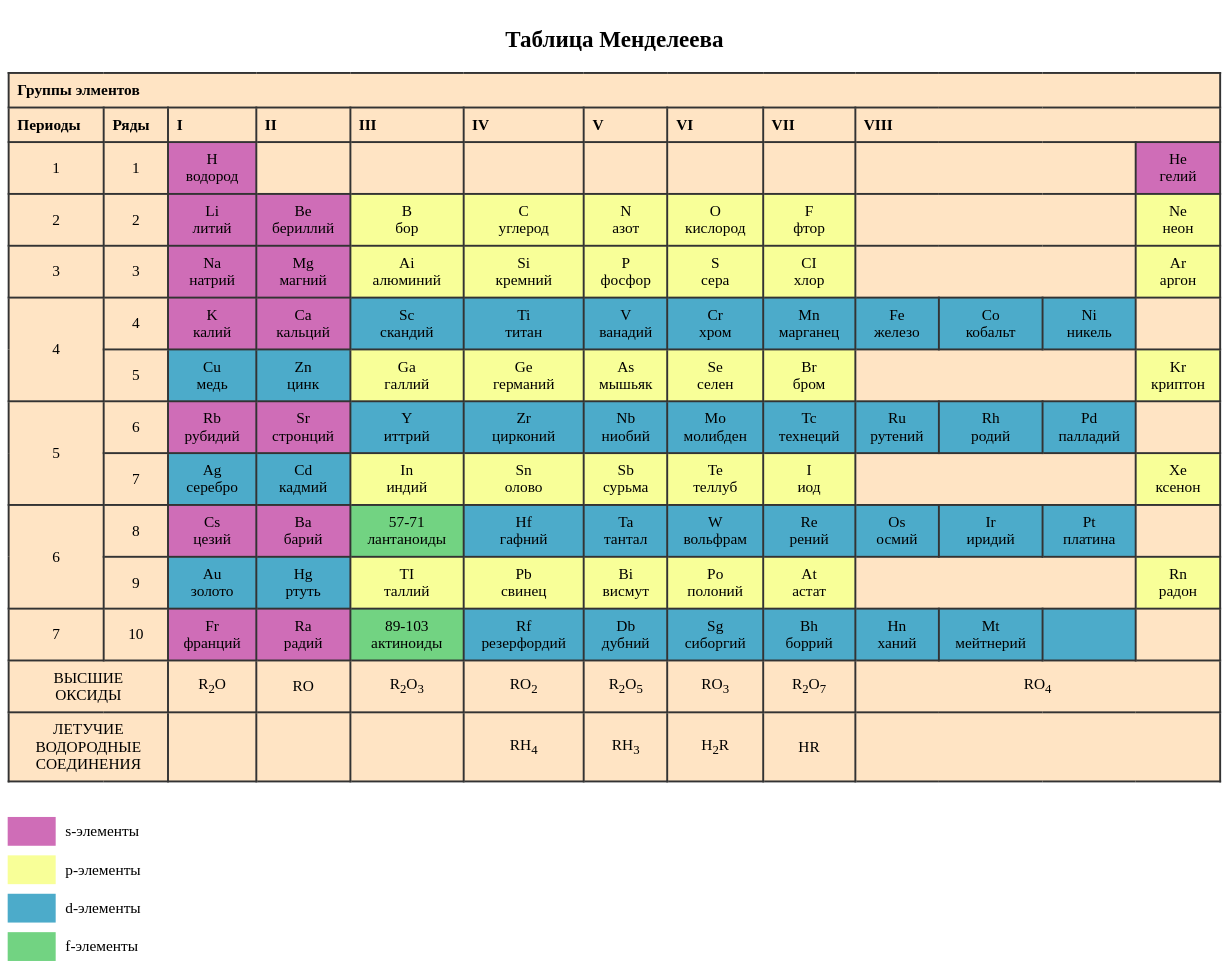
Repository: sannikovcode/exercises-a1
Page: JS/websites/01-periodic table/index.html
These files come from the project's save history. The page is drawn as it stood at one moment and after the next save; the edit follows.
The browser window is 1280 px wide. The pictures show the whole page, at 96% of full size.

Above is the page before, as saved 2025-10-18 15:46:01.

### JS/websites/01-periodic table/index.html
<!DOCTYPE html>
<html lang="en">

<head>
    <meta charset="UTF-8">
    <meta name="viewport" content="width=device-width, initial-scale=1.0">
    <title>Periodic table</title>
    <link rel="stylesheet" href="styles.css">
</head>

<body>
    <table>
        <caption>Таблица Менделеева</caption>
        <thead>
            <tr>
                <th colspan="13">Группы элментов</th>
            </tr>
        </thead>

        <tbody>
            <tr>
                <th scope="col">Периоды</th>
                <th scope="col">Ряды</th>
                <th scope="col">I</th>
                <th scope="col">II</th>
                <th scope="col">III</th>
                <th scope="col">IV</th>
                <th scope="col">V</th>
                <th scope="col">VI</th>
                <th scope="col">VII</th>
                <th scope="col" colspan="4">VIII</th>
            </tr>
            <tr>
                <td scope="row">1</td>
                <td>1</td>
                <td class="s">H<br>водород</td>
                <td></td>
                <td></td>
                <td></td>
                <td></td>
                <td></td>
                <td></td>
                <td colspan="3"></td>
                <td class="s">He<br>гелий</td>
            </tr>
            <tr>
                <td scope="row">2</td>
                <td>2</td>
                <td class="s">Li<br>литий</td>
                <td class="s">Be<br>бериллий</td>
                <td class="p">B<br>бор</td>
                <td class="p">C<br>углерод</td>
                <td class="p">N<br>азот</td>
                <td class="p">O<br>кислород</td>
                <td class="p">F<br>фтор</td>
                <td colspan="3"></td>
                <td class="p">Ne<br>неон</td>
            </tr>
            <tr>
                <td scope="row">3</td>
                <td>3</td>
                <td class="s">Na<br>натрий</td>
                <td class="s">Mg<br>магний</td>
                <td class="p">Ai<br>алюминий</td>
                <td class="p">Si<br>кремний</td>
                <td class="p">P<br>фосфор</td>
                <td class="p">S<br>сера</td>
                <td class="p">CI<br>хлор</td>
                <td colspan="3"></td>
                <td class="p">Ar<br>аргон</td>
            </tr>
            <tr>
                <td scope="row" rowspan="2">4</td>
                <td>4</td>
                <td class="s">K<br>калий</td>
                <td class="s">Ca<br>кальций</td>
                <td class="d">Sc<br>скандий</td>
                <td class="d">Ti<br>титан</td>
                <td class="d">V<br>ванадий</td>
                <td class="d">Cr<br>хром</td>
                <td class="d">Mn<br>марганец</td>
                <td class="d">Fe<br>железо</td>
                <td class="d">Co<br>кобальт</td>
                <td class="d">Ni<br>никель</td>
                <td></td>
            </tr>
            <tr>
                <td>5</td>
                <td class="d">Cu<br>медь</td>
                <td class="d">Zn<br>цинк</td>
                <td class="p">Ga<br>галлий</td>
                <td class="p">Ge<br>германий</td>
                <td class="p">As<br>мышьяк</td>
                <td class="p">Se<br>селен</td>
                <td class="p">Br<br>бром</td>
                <td colspan="3"></td>
                <td class="p">Kr<br>криптон</td>
            </tr>
            <tr>
                <td scope="row" rowspan="2">5</td>
                <td>6</td>
                <td class="s">Rb<br>рубидий</td>
                <td class="s">Sr<br>стронций</td>
                <td class="d">Y<br>иттрий</td>
                <td class="d">Zr<br>цирконий</td>
                <td class="d">Nb<br>ниобий</td>
                <td class="d">Mo<br>молибден</td>
                <td class="d">Tc<br>технеций</td>
                <td class="d">Ru<br>рутений</td>
                <td class="d">Rh<br>родий</td>
                <td class="d">Pd<br>палладий</td>
                <td></td>
            </tr>
            <tr>
                <td>7</td>
                <td class="d">Ag<br>серебро</td>
                <td class="d">Cd<br>кадмий</td>
                <td class="p">In<br>индий</td>
                <td class="p">Sn<br>олово</td>
                <td class="p">Sb<br>сурьма</td>
                <td class="p">Te<br>теллуб</td>
                <td class="p">I<br>иод</td>
                <td colspan="3"></td>
                <td class="p">Xe<br>ксенон</td>
            </tr>
            <tr>
                <td scope="row" rowspan="2">6</td>
                <td>8</td>
                <td class="s">Cs<br>цезий</td>
                <td class="s">Ba<br>барий</td>
                <td class="f">57-71<br>лантаноиды</td>
                <td class="d">Hf<br>гафний</td>
                <td class="d">Ta<br>тантал</td>
                <td class="d">W<br>вольфрам</td>
                <td class="d">Re<br>рений</td>
                <td class="d">Os<br>осмий</td>
                <td class="d">Ir<br>иридий</td>
                <td class="d">Pt<br>платина</td>
                <td></td>
            </tr>
            <tr>
                <td>9</td>
                <td class="d">Au<br>золото</td>
                <td class="d">Hg<br>ртуть</td>
                <td class="p">TI<br>таллий</td>
                <td class="p">Pb<br>свинец</td>
                <td class="p">Bi<br>висмут</td>
                <td class="p">Po<br>полоний</td>
                <td class="p">At<br>астат</td>
                <td colspan="3"></td>
                <td class="p">Rn<br>радон</td>
            </tr>
            <tr>
                <td scope="row">7</td>
                <td>10<br></td>
                <td class="s">Fr<br>франций</td>
                <td class="s">Ra<br>радий</td>
                <td class="f">89-103<br>актиноиды</td>
                <td class="d">Rf<br>резерфордий</td>
                <td class="d">Db<br>дубний</td>
                <td class="d">Sg<br>сиборгий</td>
                <td class="d">Bh<br>боррий</td>
                <td class="d">Hn<br>ханий</td>
                <td class="d">Mt<br>мейтнерий</td>
                <td class="d"></td>
                <td></td>
            </tr>
            <tr>
                <td colspan="2">ВЫСШИЕ <br>ОКСИДЫ</td>
                <td>R<sub>2</sub>O</td>
                <td>RO</td>
                <td>R<sub>2</sub>O<sub>3</sub></td>
                <td>RO<sub>2</sub></td>
                <td>R<sub>2</sub>O<sub>5</sub></td>
                <td>RO<sub>3</sub></td>
                <td>R<sub>2</sub>O<sub>7</sub></td>
                <td colspan="4">RO<sub>4</sub></td>
            </tr>
            <tr>
                <td colspan="2">ЛЕТУЧИЕ <br>ВОДОРОДНЫЕ <br> СОЕДИНЕНИЯ</td>
                <td></td>
                <td></td>
                <td></td>
                <td>RH<sub>4</sub></td>
                <td>RH<sub>3</sub></td>
                <td>H<sub>2</sub>R</td>
                <td>HR</td>
                <td colspan="4"></td>
            </tr>
        </tbody>
    </table>
    <br>
    <br>
    <tfoot>
        <div class="item">
            <div class="rectangle s"></div>
            <span>s-элементы</span>
        </div>

        <div class="item">
            <div class="rectangle p"></div>
            <span>p-элементы</span>
        </div>

        <div class="item">
            <div class="rectangle d"></div>
            <span>d-элементы</span>
        </div>

        <div class="item">
            <div class="rectangle f"></div>
            <span>f-элементы</span>
        </div>

    </tfoot>

    </table>




</body>

</html>

### JS/websites/01-periodic table/styles.css
/* 1 */
table {
  border-collapse: collapse;
  width: 100%;
}

table, th, td {
  border: 2px solid #333;
}

th, td {
  padding: 8px;
  text-align: left;
  background-color: bisque;
}
caption {
  caption-side: top;
  font-weight: bold;
  padding: 20px;
  font-size: 1.5em;
}

/*2*/
td {
  text-align: center; /* горизонтальное центрирование */
  vertical-align: middle; /* вертикальное центрирование */
}
/* элементы */
.s {
  background-color: rgb(207, 109, 183);
}

.p {
  background-color: rgb(248, 255, 152);
}

.d {
  background-color: rgb(76, 171, 202);
}

.f {
  background-color: rgb(114, 211, 130);
}


.item {
    display: flex;
    align-items: center;
    margin-bottom: 10px;
}
  .rectangle {
    width: 50px;
    height: 30px;
    margin-right: 10px;
}

After the next save:
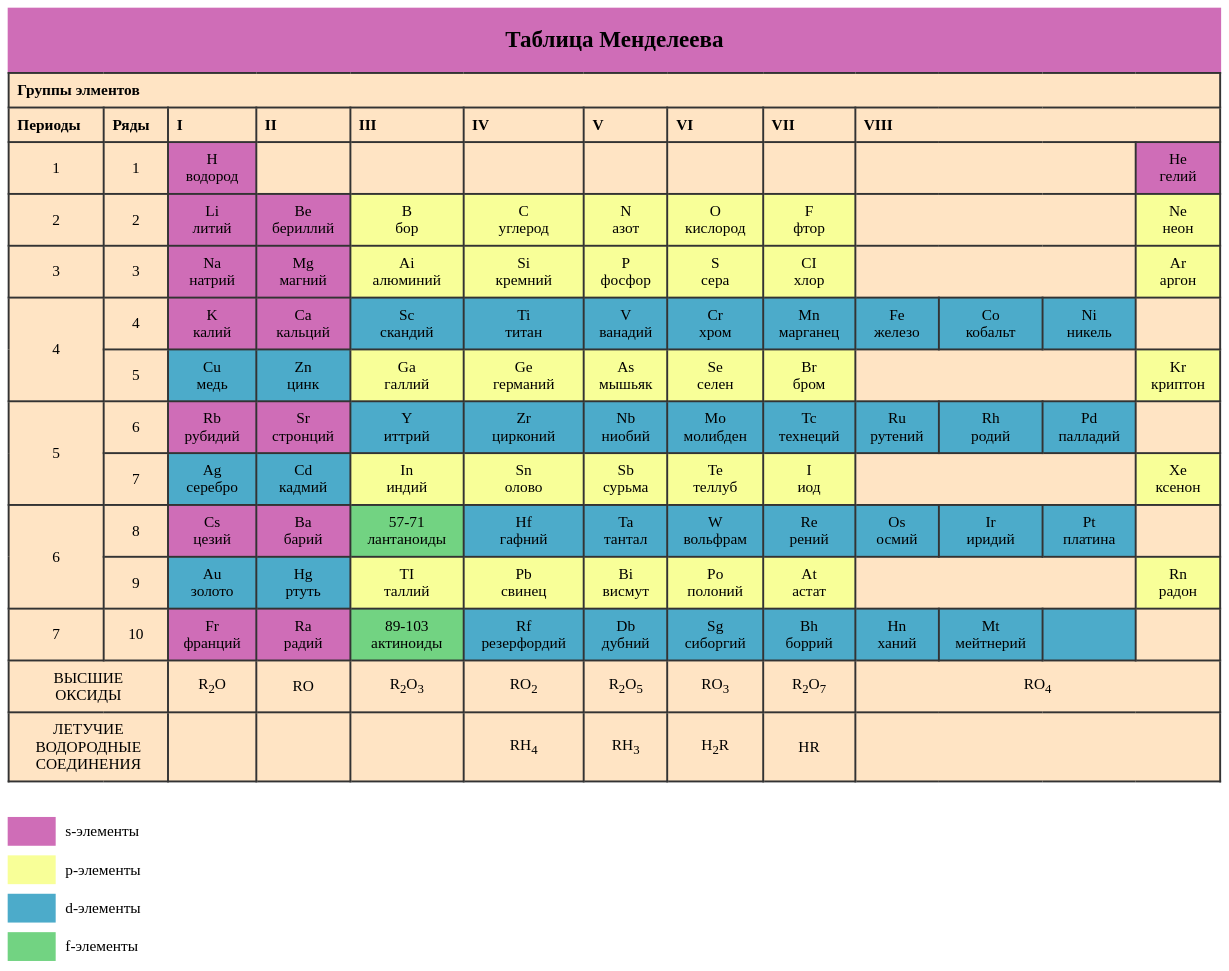
Saved 26 min 11 s later.
--- a/JS/websites/01-periodic table/index.html
+++ b/JS/websites/01-periodic table/index.html
@@ -10,7 +10,7 @@
 
 <body>
     <table>
-        <caption>Таблица Менделеева</caption>
+        <caption class="s">Таблица Менделеева</caption>
         <thead>
             <tr>
                 <th colspan="13">Группы элментов</th>

After the save that followed:
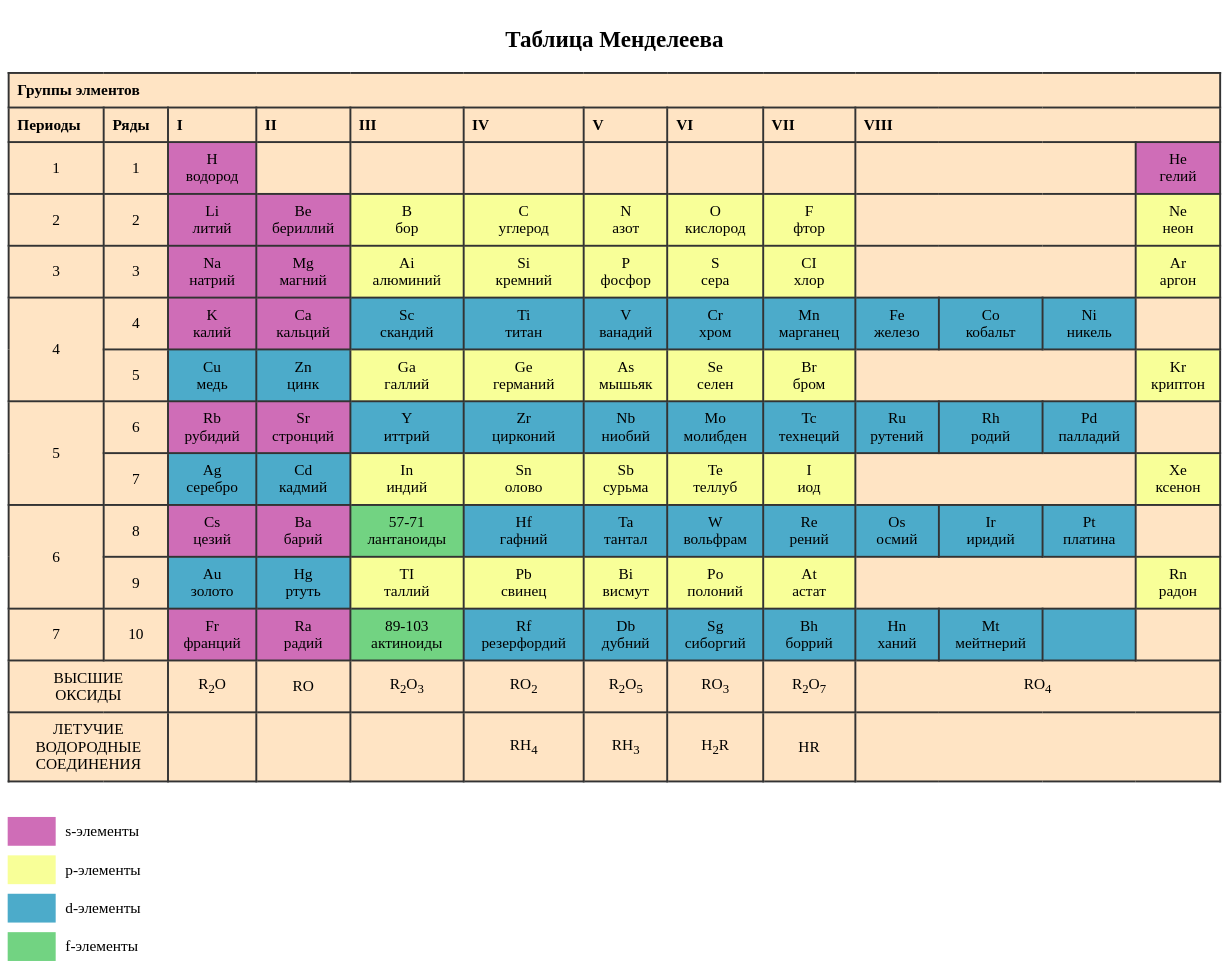
Saved 9 s later.
--- a/JS/websites/01-periodic table/index.html
+++ b/JS/websites/01-periodic table/index.html
@@ -10,7 +10,7 @@
 
 <body>
     <table>
-        <caption class="s">Таблица Менделеева</caption>
+        <caption>Таблица Менделеева</caption>
         <thead>
             <tr>
                 <th colspan="13">Группы элментов</th>
